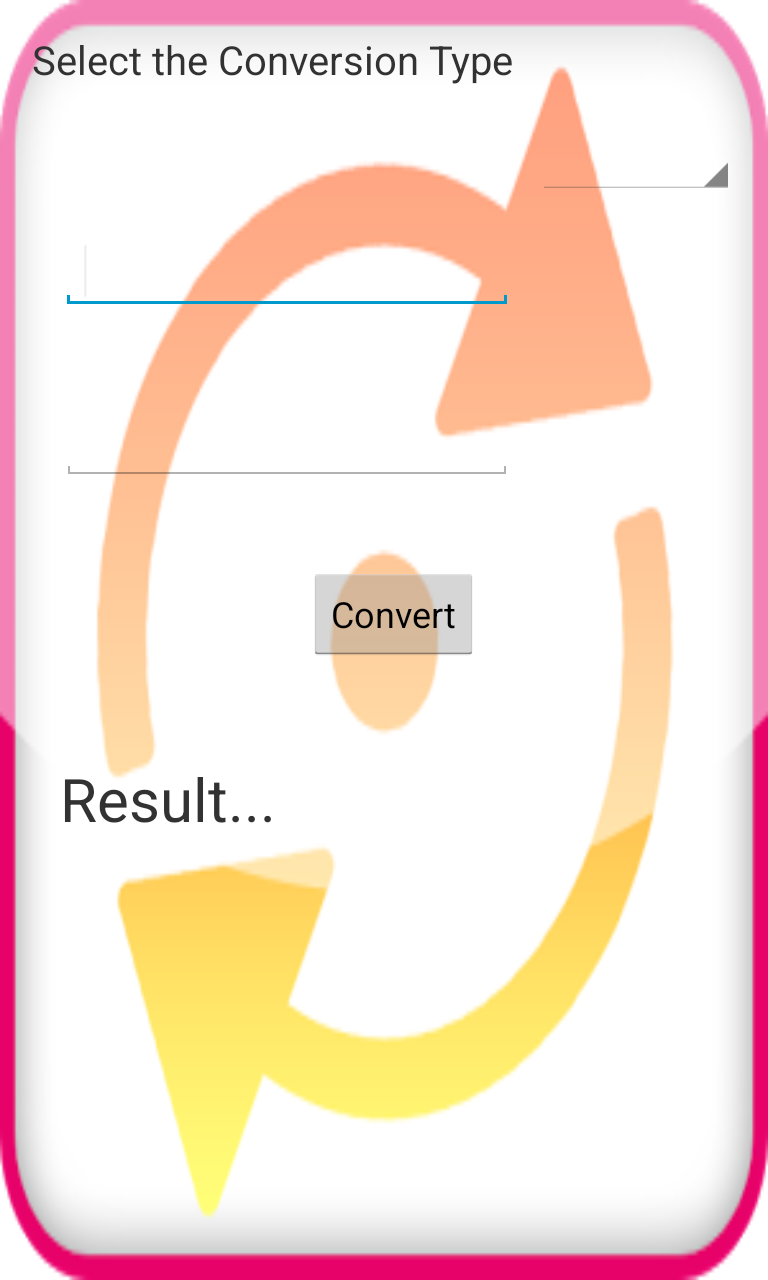
Repository: Shruthi06/designed-droid
Layout: conversion_assignment/res/layout/activity_main.xml
These files come from the project's save history. The layout is drawn as it stood at one moment and after the next save; the edit follows.
It is drawn on a 768 x 1280 px phone screen (xhdpi) without system bars, with theme AppTheme; the app's code is not run.

Above is the layout before, as saved 2016-02-05 08:17:11.

After the next save:
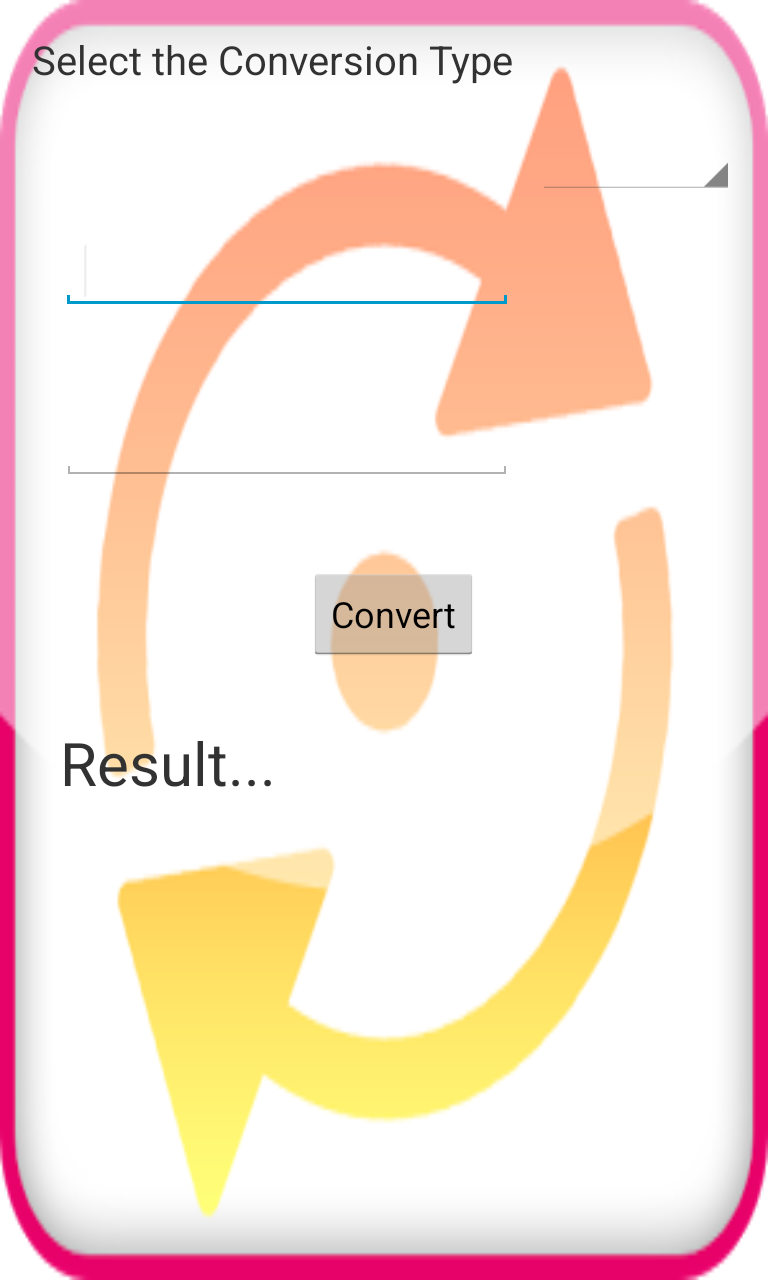
Saved 19 s later.
--- a/conversion_assignment/res/layout/activity_main.xml
+++ b/conversion_assignment/res/layout/activity_main.xml
@@ -64,10 +64,10 @@
     <TextView
         android:id="@+id/result_textview"
         android:layout_width="250dp"
-        android:layout_height="50dp"
+        android:layout_height="70dp"
         android:layout_alignLeft="@+id/editTextvalue2"
         android:layout_below="@+id/buttonconvert"
-        android:layout_marginTop="48dp"
+        android:layout_marginTop="30dp"
         android:text="Result..."
         android:textSize="30dp" />
 
